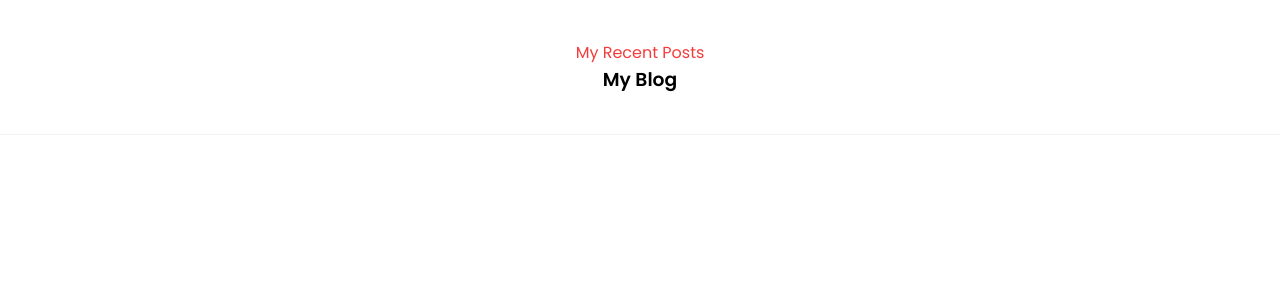
Repository: Tayma-Kazmouz/blog
Page: index.html
An editor plug-in stored every save of this project. The page is shown before and after the next save, followed by the edit.
The browser window is 1280 px wide. The pictures show the whole page.

Above is the page before, as saved 2022-04-02 11:50:30.

### index.html
<!DOCTYPE html>
<html lang="en">
<head>
    <meta charset="UTF-8">
    <meta http-equiv="X-UA-Compatible" content="IE=edge">
    <meta name="viewport" content="width=device-width, initial-scale=1.0">
    <title>My Blog</title>
    <link rel="stylesheet" href="styles.css">
    <link rel="preconnect" href="https://fonts.googleapis.com">
    <link rel="preconnect" href="https://fonts.gstatic.com" crossorigin>
    <link href="https://fonts.googleapis.com/css2?family=Poppins:wght@400;500;600&display=swap" rel="stylesheet">
    <link rel="shortcut icon" href="fav-icon.svg" type="image/x-icon">
</head>
<body>
    <!-- The Blog Section -->
    <section id="blog">
        <!-- Heading Part -->
        <div class="blog-heading">
            <span>My Recent Posts</span>
            <h3>My Blog</h3>
        </div>

    </section>
</body>
</html>

### styles.css
*{
    margin: 0px;
    padding: 0px;
    font-family: 'Poppins', sans-serif;
    box-sizing: border-box;
}

a{
    text-decoration: none;
}

ul{
    list-style: none;
}

body{
    margin: 0px;
    padding: 0px;
    font-family: 'Poppins', sans-serif;
}

/* Blog Section */
#blog{
    display: flex;
    justify-content: center;
    align-items: center;
    flex-direction: column;
    padding: 40px;
    border-bottom: 1px solid rgba(0, 0, 0, 0.05);
}

.blog-heading{
    display: flex;
    justify-content: center;
    align-items: center;
    flex-direction: column;
}

.blog-heading span{
    color: #F33C3C;
}

After the next save:
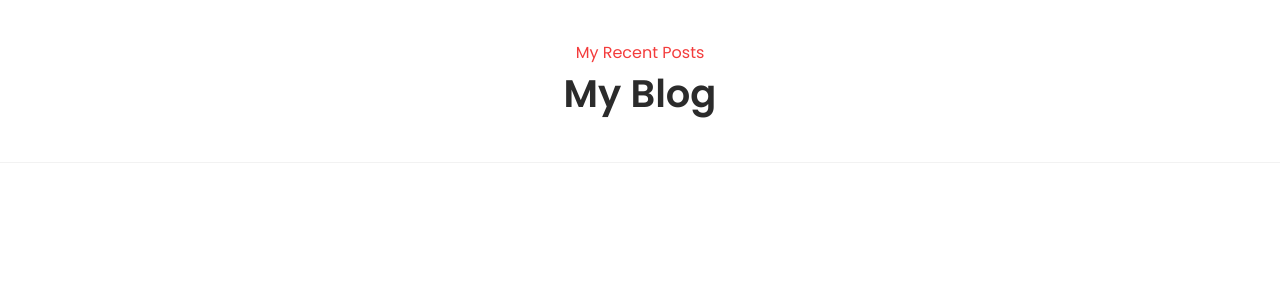
Saved 38 s later.
--- a/styles.css
+++ b/styles.css
@@ -39,3 +39,9 @@ body{
 .blog-heading span{
     color: #F33C3C;
 }
+
+.blog-heading h3{
+    font-size: 2.4rem;
+    color: #2B2B2B;
+    font-weight: 600;
+}
